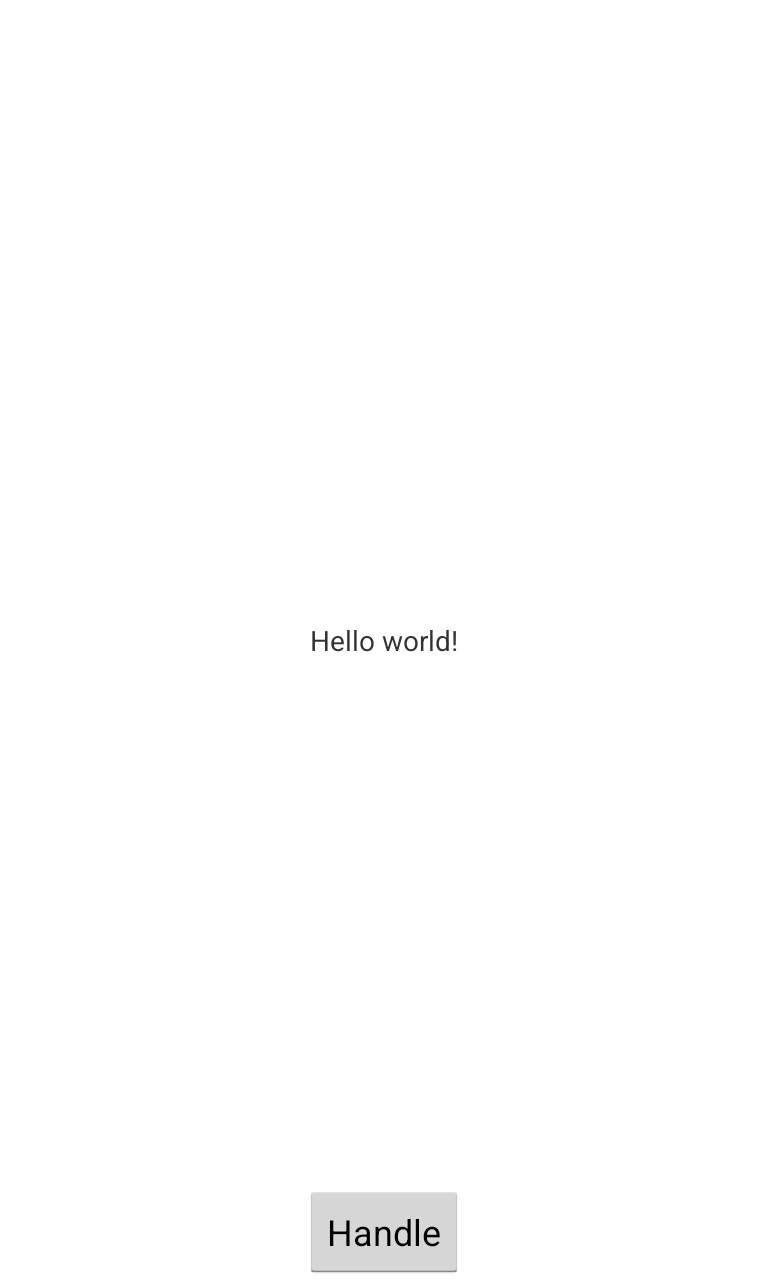
Repository: CrisFeo/JacksonPass
Layout: Android/Passwarp/res/layout/activity_main.xml
An editor plug-in stored every save of this project. The layout is shown before and after the next save, followed by the edit.
It is drawn on a 768 x 1280 px phone screen (xhdpi) without system bars, with theme AppTheme; the app's code is not run.

Above is the layout before, as saved 2012-09-15 19:21:51.

### Android/Passwarp/res/layout/activity_main.xml
<RelativeLayout xmlns:android="http://schemas.android.com/apk/res/android"
    xmlns:tools="http://schemas.android.com/tools"
    android:layout_width="match_parent"
    android:layout_height="match_parent" >

    <TextView
        android:layout_width="wrap_content"
        android:layout_height="wrap_content"
        android:layout_centerHorizontal="true"
        android:layout_centerVertical="true"
        android:text="@string/hello_world"
        tools:context=".MainActivity" />

    <SlidingDrawer
        android:id="@+id/slidingDrawer1"
        android:layout_width="match_parent"
        android:layout_height="match_parent"
        android:layout_alignParentTop="true"
        android:layout_centerHorizontal="true"
        android:content="@+id/content"
        android:handle="@+id/handle" >

        <Button
            android:id="@+id/handle"
            android:layout_width="wrap_content"
            android:layout_height="wrap_content"
            android:text="Handle" />

        <LinearLayout
            android:id="@+id/content"
            android:layout_width="match_parent"
            android:layout_height="match_parent" >
        </LinearLayout>
    </SlidingDrawer>

</RelativeLayout>

### Android/Passwarp/res/values/strings.xml
<resources>

    <string name="app_name">PassAdapt</string>
    <string name="hello_world">Hello world!</string>
    <string name="menu_settings">Settings</string>
    <string name="title_activity_main">PassAdapt</string>

</resources>

Loaded but not shown: Android/Passwarp/res/values-v11/styles.xml (common file); Android/Passwarp/res/values-v14/styles.xml (common file); Android/Passwarp/res/values/styles.xml (common file)

After the next save:
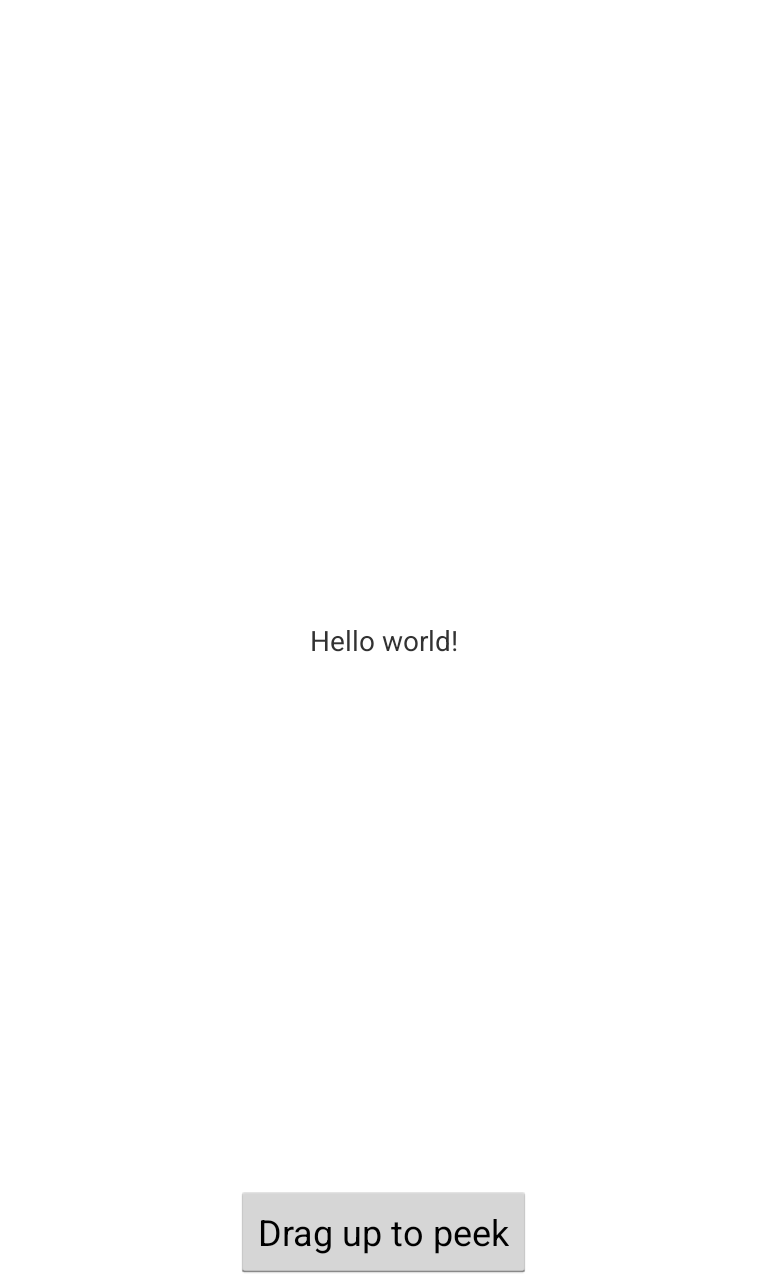
Saved 5 min 21 s later.
--- a/Android/Passwarp/res/layout/activity_main.xml
+++ b/Android/Passwarp/res/layout/activity_main.xml
@@ -24,12 +24,43 @@
             android:id="@+id/handle"
             android:layout_width="wrap_content"
             android:layout_height="wrap_content"
-            android:text="Handle" />
+            android:text="Drag up to peek" />
 
         <LinearLayout
             android:id="@+id/content"
             android:layout_width="match_parent"
-            android:layout_height="match_parent" >
+            android:layout_height="109dp"
+            android:orientation="vertical" >
+
+            <TableLayout
+                android:layout_width="wrap_content"
+                android:layout_height="match_parent" >
+
+                <TableRow
+                    android:id="@+id/tableRow1"
+                    android:layout_width="wrap_content"
+                    android:layout_height="wrap_content" >
+                </TableRow>
+
+                <TableRow
+                    android:id="@+id/tableRow2"
+                    android:layout_width="wrap_content"
+                    android:layout_height="wrap_content" >
+                </TableRow>
+
+                <TableRow
+                    android:id="@+id/tableRow3"
+                    android:layout_width="wrap_content"
+                    android:layout_height="wrap_content" >
+                </TableRow>
+
+                <TableRow
+                    android:id="@+id/tableRow4"
+                    android:layout_width="wrap_content"
+                    android:layout_height="wrap_content" >
+                </TableRow>
+            </TableLayout>
+
         </LinearLayout>
     </SlidingDrawer>
 
